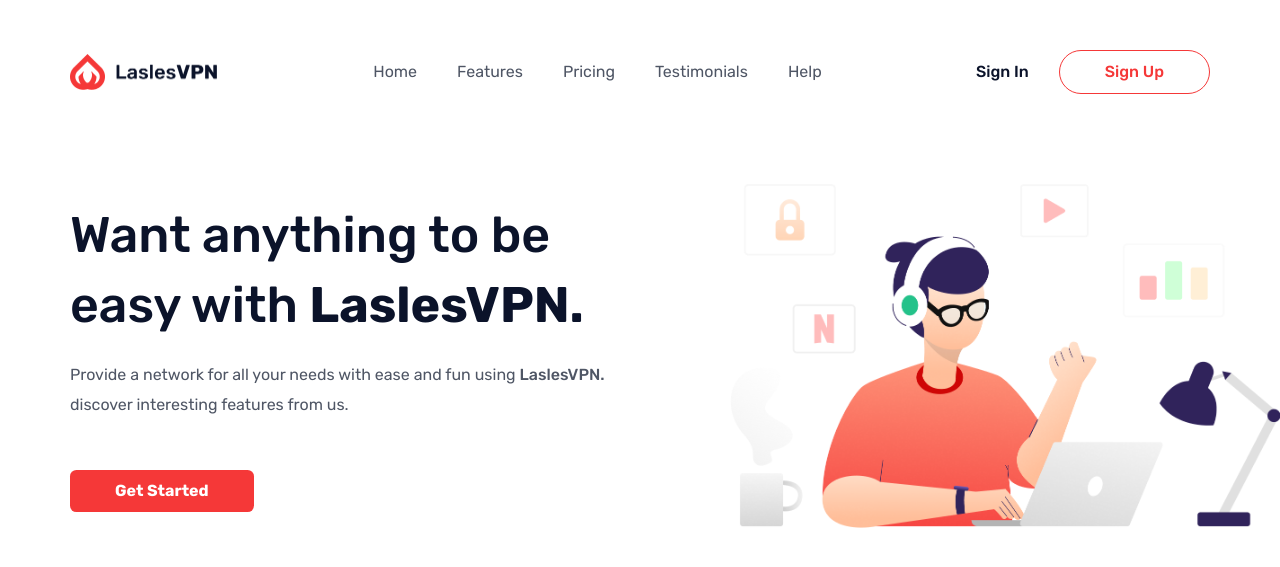
Repository: kebinh1235/lasles-demo
Page: index.html
The author's editor kept a copy of each file at every save. The page is drawn from the files as they stood at one save, then again after a run of saves.
The browser window is 1280 px wide. The pictures show the whole page.
The style sheet was rebuilt from its Sass, Less or Tailwind sources for each picture, by a compiler version that may differ from the author's.

Above is the page before, as saved 2021-10-30 13:39:15.

After the next 2 saves:
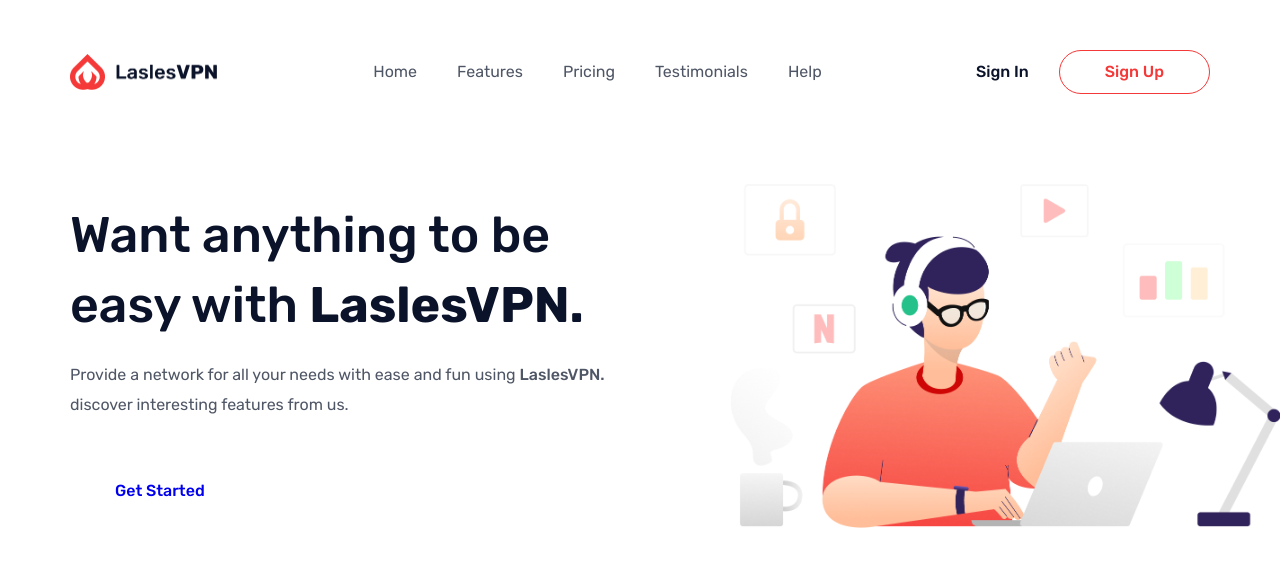
The 2 saves are shown as one change because they came seconds apart.
The last was saved 77 s later.
--- a/sass/_global.scss
+++ b/sass/_global.scss
@@ -21,9 +21,14 @@
   line-height: 1;
   font-weight: 500;
   cursor: pointer;
+  &__primary {
+    background: $primary-color;
+    font-weight: 700;
+    color: $white-color;
+  }
+  &__outline {
+    background: transparent;
+    color: $primary-color;
+    border: 1px solid $primary-color;
+  }
 }
-.btn.btn-primary {
-  background: $primary-color;
-  font-weight: 700;
-  color: $white-color;
-}

After the save that followed:
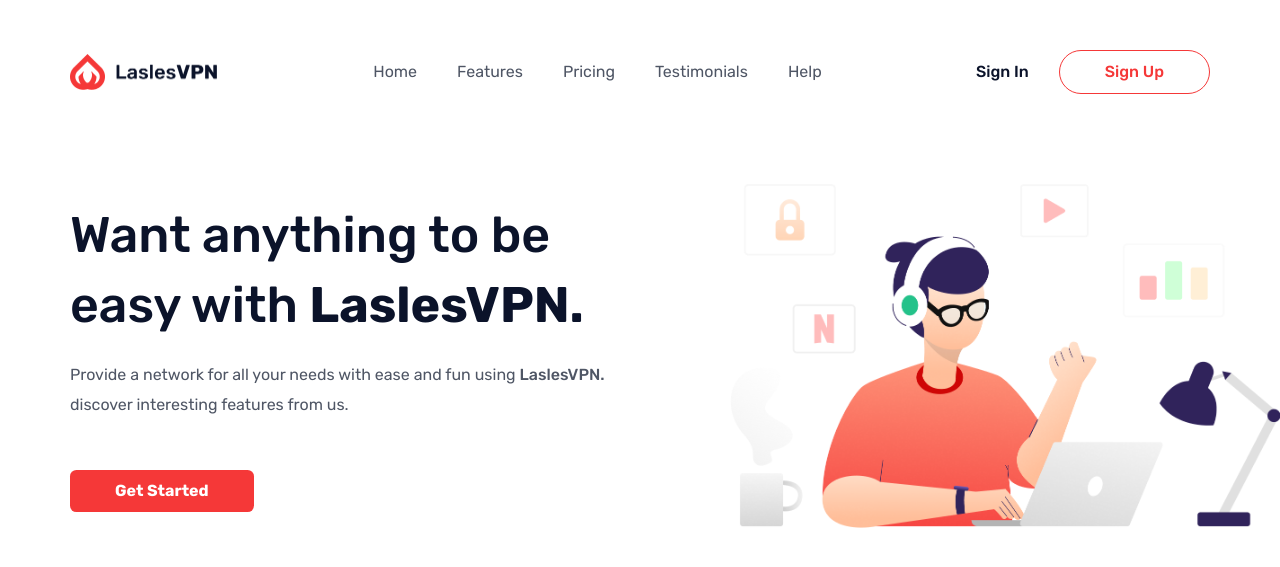
Saved 10 s later.
--- a/index.html
+++ b/index.html
@@ -51,7 +51,7 @@
                 Want anything to be easy with <strong>LaslesVPN.</strong>
               </h1>
               <p class="hero__desc">Provide a network for all your needs with ease and fun using <strong>LaslesVPN.</strong> discover interesting features from us.</p>
-              <a href="#" class="btn btn-primary">Get Started</a>
+              <a href="#" class="btn btn__primary">Get Started</a>
             </div>
             <div class="hero__img">
               <img srcset="./images/hero.png 2x" alt="">
